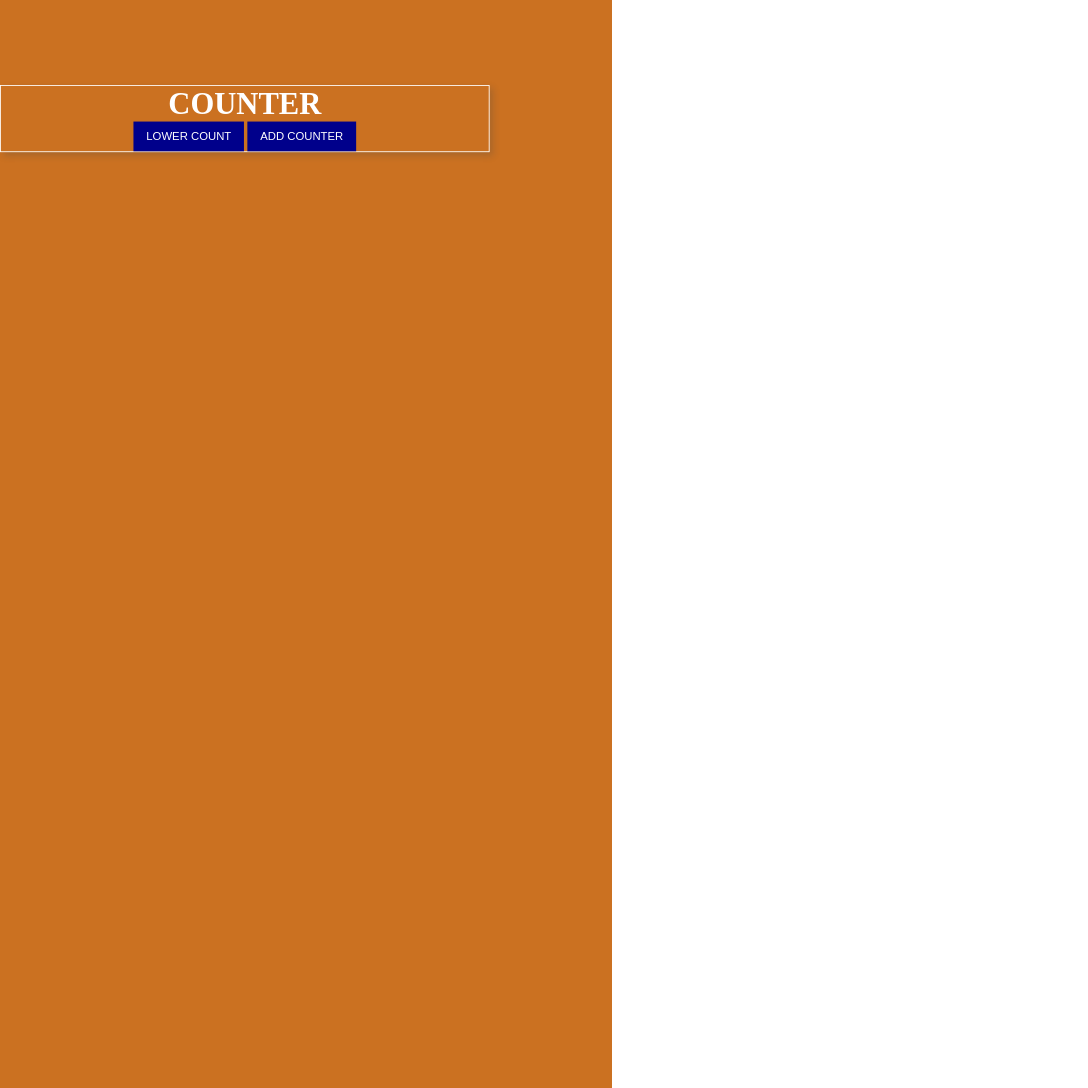
Repository: lusine-tech/counter
Page: index.html
These files come from the project's save history. The page is drawn as it stood at one moment and after the next save; the edit follows.
The browser window is 1280 px wide. The pictures show the whole page, at 85% of full size.

Above is the page before, as saved 2022-02-14 17:00:07.

### index.html
<!DOCTYPE html>
<html lang="en">
<head>
    <meta charset="UTF-8">
    <meta http-equiv="X-UA-Compatible" content="IE=edge">
    <meta name="viewport" content="width=device-width, initial-scale=1.0">
    <link rel="stylesheet" href="style.css">
    <title>counter</title>
</head>
<body>
    <section class="background">
        <div class="block">
            <h3 class="title">Counter</h3>
            <p class="num"></p>
    <div class="buttons">
       <button class="btn" id="btn-left">lower count</button>
       <button class="btn" id="btn-right">add Counter</button>
    </div>
    </div>
    </section>
   <script src="/script.js"></script>
</body>
</html>

### style.css
*{
    margin: 0;
    padding: 0;
    box-sizing: border-box;
}

.background {
    width: 100vh;
    height: 100vw;
    background-color: #cb7121;
    text-align: center;
   padding-top: 100px;
}

.block {
    width: 80%;
    border: 1px solid #fff;
    -webkit-box-shadow: 4px 4px 8px 0px rgba(34, 60, 80, 0.2);
-moz-box-shadow: 4px 4px 8px 0px rgba(34, 60, 80, 0.2);
box-shadow: 4px 4px 8px 0px rgba(34, 60, 80, 0.2);
}
.title {
    color: #fff;
    font-size: 36px;
    text-transform: uppercase;
}
.num {
    font-size: 56px;
}
.btn {
    padding: 10px 15px;
    color: #fff;
        cursor: pointer;
    transition: 0.5s ease;
    border: none;
    outline: none;
    background-color: #00008B;
    text-transform: uppercase;
}

Loaded but not shown: script.js (no copy from this time; the picture is the same without it)

After the next save:
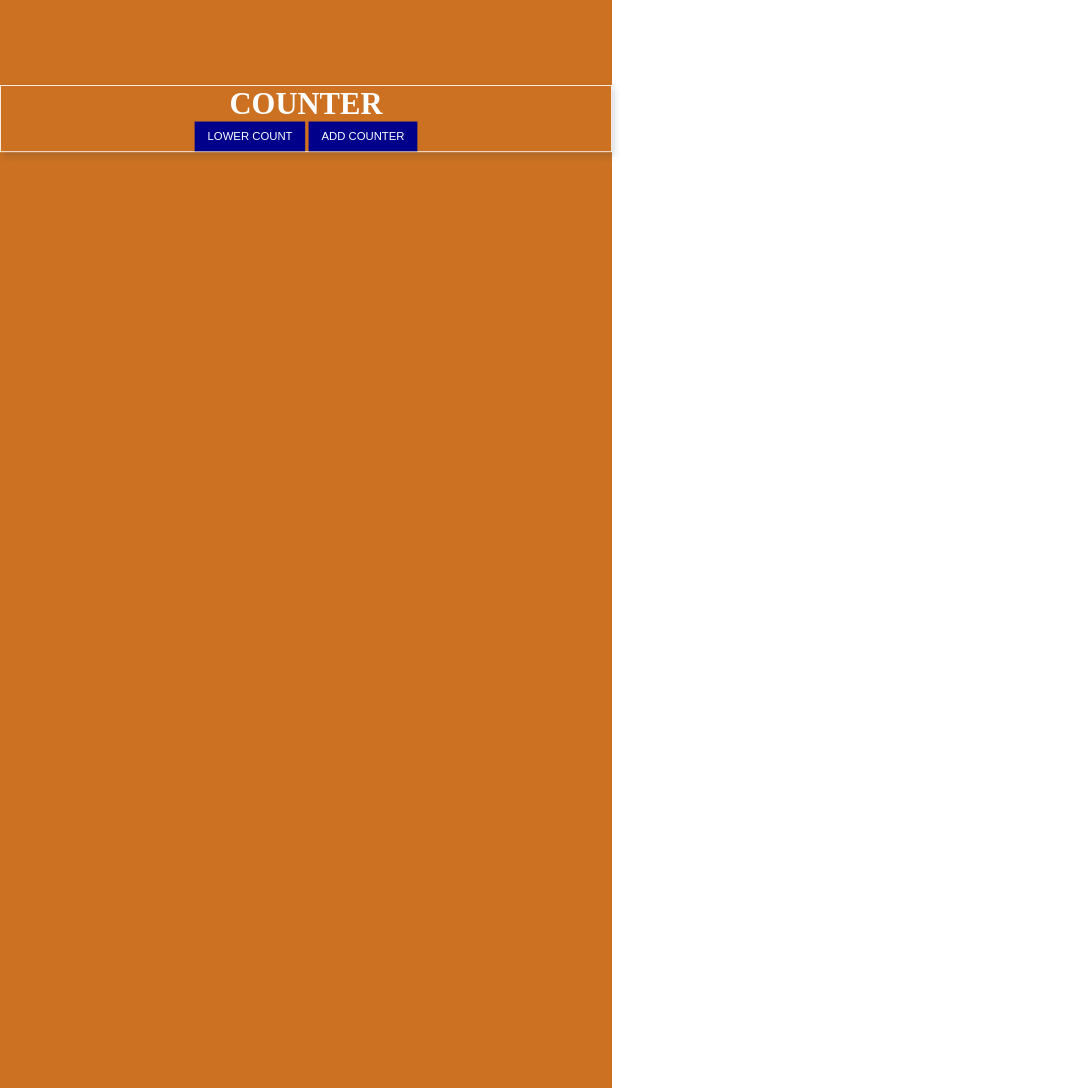
Saved 27 s later.
--- a/style.css
+++ b/style.css
@@ -13,7 +13,7 @@
 }
 
 .block {
-    width: 80%;
+
     border: 1px solid #fff;
     -webkit-box-shadow: 4px 4px 8px 0px rgba(34, 60, 80, 0.2);
 -moz-box-shadow: 4px 4px 8px 0px rgba(34, 60, 80, 0.2);

After the 4 saves that followed:
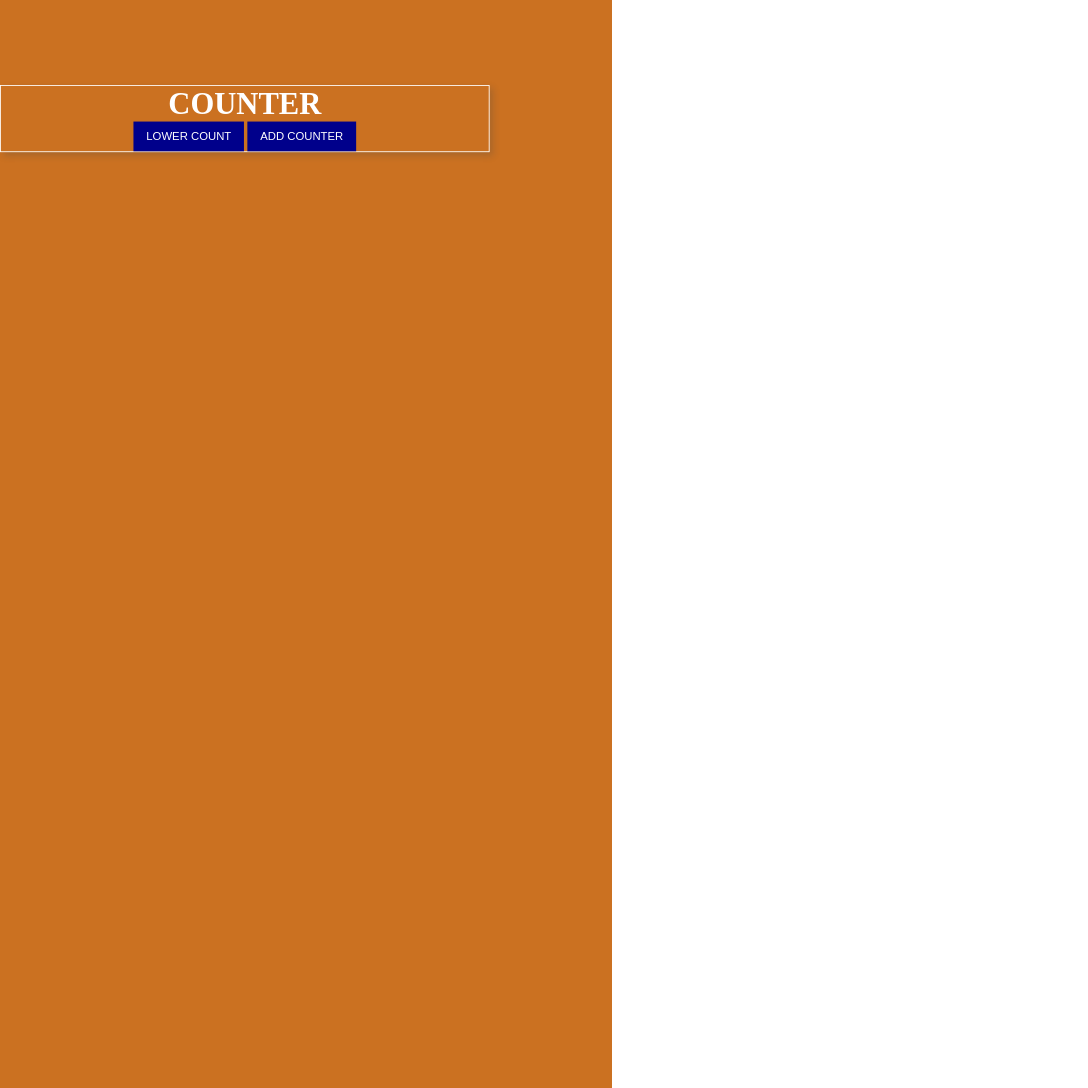
The 4 saves are shown as one change because they came seconds apart.
The last was saved 48 s later.
--- a/style.css
+++ b/style.css
@@ -13,7 +13,7 @@
 }
 
 .block {
-
+    width: 80%;
     border: 1px solid #fff;
     -webkit-box-shadow: 4px 4px 8px 0px rgba(34, 60, 80, 0.2);
 -moz-box-shadow: 4px 4px 8px 0px rgba(34, 60, 80, 0.2);
